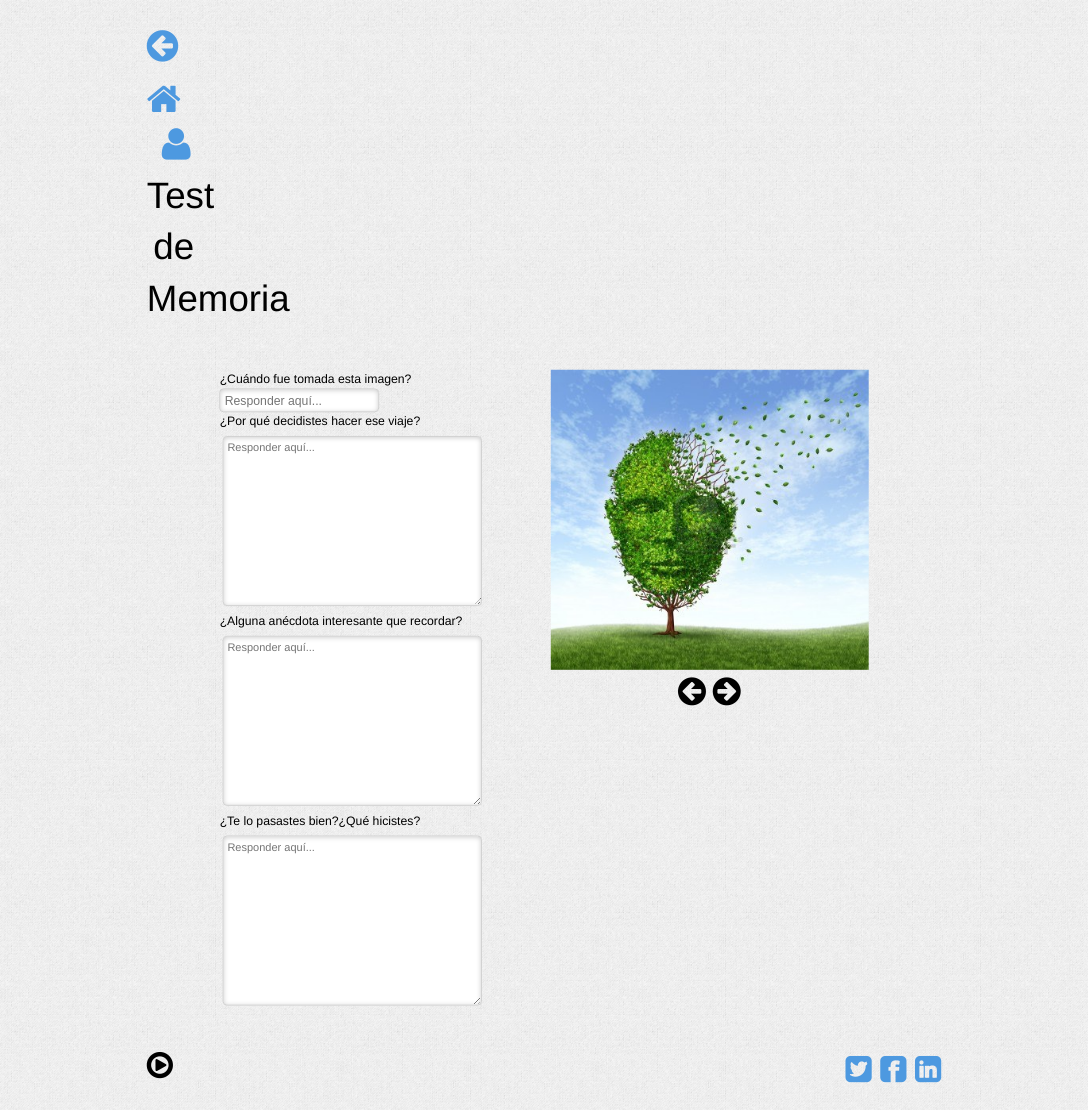
Repository: SCeruso/RememberMe
Page: testmemoria.html
The author's editor kept a record of every edit. The page is drawn from the files as they stood at one moment, then again after the next edit.
The browser window is 1280 px wide. The pictures show the whole page, at 85% of full size.
Some web libraries are served in a nearby version.

Above is the page before.

### testmemoria.html
<!DOCTYPE html>
<html>
<head>
	<!-- META -->
	<title>HTML KickStart Elements</title>
	<meta charset="UTF-8">
	<meta name="viewport" content="width=device-width, initial-scale=1.0"/>
	<meta name="description" content="" />

	<!-- CSS -->
	<link rel="stylesheet" type="text/css" href="css/kickstart.css" media="all" />
	<link rel="stylesheet" type="text/css" href="style.css" media="all" />

	<!-- Javascript -->
	<script type="text/javascript" src="https://ajax.googleapis.com/ajax/libs/jquery/1.9.1/jquery.min.js"></script>
	<script type="text/javascript" src="js/kickstart.js"></script>

</head>
<body>
<div class="grid">
	<div class="col_12">
		<div class="col_1">
        <h2 class="left">
               <a href="tusimagenes.html">
                  <i class="icon-circle-arrow-left"></i>
                </a>
        </h2>
        <h2 class="left">
                <a href="juegosde.html">
                    <i class="icon-home pull-left"></i>
                </a>
		<a href = "perfil.html">
                <i class="icon-user icon-border pull-right" title="Mi perfil"></i>
		</a>
            </h2>
             <h2 class="center">
        	       <p>Test de Memoria</p>
        	    </h2>
		<br>
    </div>

	<div class="col_12">
		<div class="col_1"></div>
		<div class="col_5">
		<!-- Placeholder Text -->
		<label for="text2">¿Cuándo fue tomada esta imagen?</label><br>
		<input id="text2" type="text" placeholder="Responder aquí..." />
		<br>
		<!-- Placeholder Text -->
		<label for="text2">¿Por qué decidistes hacer ese viaje?</label><br>
		<textarea id="area" class="col_10" placeholder="Responder aquí..."></textarea>
		<br>
		<!-- Placeholder Text -->
		<label for="text2">¿Alguna an&eacute;cdota interesante que recordar?</label><br>
		<textarea id="textarea1" class="col_10" placeholder="Responder aquí..."></textarea>
		<br>
		<!-- Placeholder Text -->
		<label for="text2">¿Te lo pasastes bien?¿Qu&eacute; hicistes?</label><br>
		<textarea id="textarea1" class="col_10" placeholder="Responder aquí..."></textarea>
		</div>
		<div class="col_5">
		<img class="align-right" src="imagenes/jaja.jpg" title="RememberMe.jpg" alt="No se encuentra la imagen" heigth="850" width="550">

		<h4 class="center">
			<i class="icon-circle-arrow-left icon-large"></i>
			<i class="icon-circle-arrow-right icon-large"></i>
		</h4>
		</div>
	</div>

    <div class="col_12">
    </div>
    <div class="col_12">
        <h3 class="right">
            <a href="http://www.twitter.com" target="blank"><i class="icon-twitter-sign"></i></a>
            <a href="http://www.facebook.com" target="blank"><i class="icon-facebook-sign"></i></a>
            <a href="http://www.linkdin.com" target="blank"><i class="icon-linkedin-sign"></i></a>
	    <i class=" icon-play-circle pull-left"></i>
        </h3>
    </div>
</div> <!-- End Grid -->
</body>
</html>

### style.css
/*
	99Lime.com HTML KickStart by Joshua Gatcke
	style.css

*/

/*---------------------------------
	IMPORTS
-----------------------------------*/
@import url(http://fonts.googleapis.com/css?family=Arimo:400,700);

/*---------------------------------
	OVERRIDES
-----------------------------------*/
h1,h2,h3,h4,h5,h6{
font-family: "Arimo", arial, verdana, sans-serif;
font-weight:normal;
}

thead th,
tbody th{
font-family: "Arimo", arial, verdana, sans-serif;
}

button,
a.btn,
input[type="submit"],
input[type="reset"],
input[type="button"]{
font-family: "Arimo", arial, verdana, sans-serif;
}

.menu{
font-family: "Arimo", arial, verdana, sans-serif;
}

blockquote{
font-family: "Arimo", arial, verdana, sans-serif;
}

/*---------------------------------
	LAYOUT
-----------------------------------*/
body{
margin:0;
padding:0 0 0 0;
color:#000;
/*background-repeat:repeat;*/
background:#efefef url(css/img/gray_jean.png);
/*background-size:cover;*/
/*background-image:url(css/img/gray_jean.png);*/
font:normal 0.9em/150% 'Arimo', arial, verdana, sans-serif;
text-shadow: 0 0 1px transparent; /* google font pixelation fix */
}

#wrap{
width:100%;
background:#fff;
margin:30px auto 30px auto;
padding:0 2%;
border:1px solid #ccc;
}


#footer{
text-align:center;
padding:20px;
margin:0;
border-top:1px solid #ddd;
color:#999;
font-size:0.8em;
text-shadow:0px 1px 1px #fff;
position: relative;
top:0;
left:0;
background:#fff;
}

	#link-top{
	display:none;
	}

/* NAV BAR*/
.navbar{
position:fixed;
top:0;
left:0;
width: 100%;
background:#000;
color:#fff;
z-index:1000;
}

	.navbar #logo{
	position:absolute;
	top:0;
	right:0;
	padding:0.5em 1em;
	font-size: 1.7em;
	color:#efefef;
	text-decoration:none;
	}

	.navbar span{
	color:#86dc00;
	}


	.navbar ul{
	display:inline-block;
	margin:0;
	padding:0;
	}

		.navbar li{
		margin:0;
		padding:0;
		list-style-type:0;
		display:inline-block;
		}

		.navbar li a{
		display:inline-block;
		color:#efefef;
		padding:1em 1.3em;
		text-decoration:none;
		text-transform: uppercase;
		line-height:100%;
		font-size: 1.2em;
		}

.callout{
background:#4598ef;/*#86dc00;*/
padding:3em 0;
color:#fff;
box-shadow:inset 0 0 10px rgba(0,0,0,0.2);
text-align: center;
text-shadow:0px 1px 3px rgba(0,0,0,0.2);
display:block;
}
	.callout + div.grid{margin-top:50px;}
	 a.callout{cursor:pointer;}
	 .callout i.icon-4x{font-size:6em;}
	 .callout h4{margin-bottom:30px;}
	 .callout-top{margin:50px 0 0 0;}
	 .callout p{margin-bottom:0;}
	 .callout .button{margin-top:10px;}
	 .callout.green{background:#19ad0b;/*#86dc00;*/}

#mc_embed_signup{
padding:30px 0;
}

#ui-preview{
border:5px solid #ddd;
margin:30px 0;
display:block;
}

### css/kickstart-forms.css
/*---------------------------------
	FORMS
-----------------------------------*/
form{
padding:0;
margin:0;
}

fieldset{
margin:30px 0 20px 0;
padding:5px 15px 15px 15px;
border:1px solid #ccc;
background:#f5f5f5;
-moz-border-radius:5px;
-webkit-border-radius:5px;
border-radius:5px;
position: relative;
top:0;
left:0;
}

	legend{
	-moz-border-radius:5px;
	-webkit-border-radius:5px;
	border-radius:5px;
	border:1px solid #ccc;
	background:#f5f5f5;
	padding:2px 10px;
	margin:0 0 0 0;
	display:block;
	position: relative;
	top:0;
	left:0;
	}

	/*IE ONLY - I know, this is a stop gap*/
	.msie fieldset{padding-top:25px;}
	.msie legend{position:absolute;top:-0.7em;left:10px;}

label{
display:inline-block;
*display:inline;
vertical-align: middle;
margin:0;
padding:0;
position:relative;
top:0;
left:0;
zoom:1;
-moz-box-sizing: border-box;
-webkit-box-sizing: border-box;
box-sizing: border-box;
}

	label.inline{
	display:inline;
	margin:0;
	}

	label span{
	color:#999;
	font-size:0.9em;
	}

	label span.right{
	position:absolute;
	bottom:0;
	right:0;
	text-align:right;
	display:inline-block;
	*display:inline;
	}

	label.disabled{
	color:#ccc;
	}

input{
display:inline-block;
*display:inline;
vertical-align: middle;
width:auto;
zoom:1;
margin:0;
border:1px solid #ccc;
font-size:1em;
padding:5px 0;
text-indent: 5px;
-moz-border-radius:5px;
-webkit-border-radius:5px;
border-radius:5px;
background:#fff;
-moz-box-shadow:inset 0 0 6px #ccc;
-webkit-box-shadow:inset 0 1px 6px #ccc;
box-shadow:inset 0 1px 6px #ccc;
-moz-box-sizing: border-box;
-webkit-box-sizing: border-box;
box-sizing: border-box;
}

	input::-webkit-input-placeholder,
	input:-moz-placeholder,
	.placeholder{
	color:#bbb;
	}

	input::-moz-focus-inner {border:0;}

	input[disabled="disabled"], input.disabled{
	color:#999;
	background:#f5f5f5;
	-moz-box-shadow:inset 0 0 2px #ddd;
	-webkit-box-shadow:inset 0 1px 2px #ddd;
	box-shadow:inset 0 1px 2px #ddd;
	}

	/* FOCUS STATES */
	input[type="text"]:focus,
	textarea:focus,
	button:focus,
	a.button:focus,
	select:focus,
	input[type="file"]:focus,
	input[type="password"]:focus{
	-webkit-box-shadow: 0 0 7px #6DB9FF;
	-moz-box-shadow   : 0 0 7px #6DB9FF;
	box-shadow        : 0 0 7px #6DB9FF;
	border: 1px solid #50B1FE;
	outline: none;
	}

	/* TRANSITION */
	input[type="text"],
	textarea,
	button,
	a.button,
	a,
	input[type="file"]{
	-moz-transition: -moz-box-shadow 0.5s, border 0.5s, background 0.5s;
	-webkit-transition: -webkit-box-shadow 0.5s, border 0.5s, background 0.5s;
	-o-transition:  box-shadow 0.5s, border 0.5s, background 0.5s;
	transition: box-shadow 0.5s, border 0.5s, background 0.5s;
	}

input.checkbox,
input[type="checkbox"]{
display:inline;
width:auto;
margin:0;
padding:0;
border:0;
background:none;
vertical-align:center;
*vertical-align: top;
}

input.radio,
input[type="radio"]{
display:inline;
width:auto;
margin:0;
padding:0;
border:0;
background:none;
vertical-align:center;
*vertical-align: top;
}

	input[type="radio"]:focus,
	input[ type="checkbox"]:focus{
	-webkit-box-shadow: 0 0 5px #6DB9FF;
	-moz-box-shadow   : 0 0 5px #6DB9FF;
	box-shadow        : 0 0 5px #6DB9FF;
	outline-color: #6DB9FF;
	}

input.file,
input[type="file"]{
/*font-size:0.8em;*/
-moz-box-shadow:none;
-webkit-box-shadow:none;
box-shadow:none;
border:none;
}

select{
display:inline;
width:auto;
margin:0;
border:1px solid #ccc;
line-height:100%;
padding:3px;
vertical-align: middle;
}

        select[disabled="disabled"], select.disabled{
        color:#999;
        background:#f5f5f5;
        -moz-box-shadow:inset 0 0 2px #ddd;
        -webkit-box-shadow:inset 0 1px 2px #ddd;
        box-shadow:inset 0 1px 2px #ddd;
        }

textarea{
width:auto;
height:200px;
margin:0;
border:1px solid #ccc;
padding:5px;
vertical-align: middle;
font-family:inherit;
font-size:0.9em;
-moz-border-radius:5px;
-webkit-border-radius:5px;
border-radius:5px;
-moz-box-shadow:inset 0 0 6px #ccc;
-webkit-box-shadow:inset 0 1px 6px #ccc;
box-shadow:inset 0 1px 6px #ccc;
-moz-box-sizing: border-box;
-webkit-box-sizing: border-box;
box-sizing: border-box;
}

/*---------------------------------
	COLUMN SIZES
-----------------------------------*/

/* sizes */
input[class*="col_"],
select[class*="col_"],
label[class*="col_"]{
float:none;display:inline-block;*display:inline;margin-bottom:0;
*margin-left: 0.5%;*margin-right: 0.5%;/* this is for IE 7 Only and is not a good fix - work needed here */
}

/*---------------------------------
	FORMS VERTICAL
-----------------------------------*/
form.vertical{

}

	form.vertical label{display:block;}
	form.vertical input,
	form.vertical select,
	form.vertical textarea{width:100%;display:block;margin-bottom:10px;}
	form.vertical .chzn-container{display:block;margin-bottom:10px;}
	form.vertical .chzn-choices{display:block;margin-bottom:10px;}

	/* radios & checks */
	form.vertical input.checkbox,
	form.vertical input[type="checkbox"],
	form.vertical input.radio,
	form.vertical input[type="radio"],
	form.vertical label.inline{display:inline;width:auto;margin:0;}
/*---------------------------------
	FORM VALIDATION
-----------------------------------*/
label.error{color:red;}
input.error{border:1px solid red;}
select.error{border:1px solid red;}

/*---------------------------------
	NOTICES
-----------------------------------*/
.notice{
border:1px solid gold;
background:lightyellow;
padding:10px 20px 10px 40px;
margin:10px 0;
-moz-border-radius:5px;
-webkit-border-radius:5px;
border-radius:5px;
color:#DEAE00;
line-height:120%;
vertical-align: center;
text-shadow:0px 1px rgba(255,255,255,0.5);
position:relative;
top:0;
left:0;
clear:both;
}

	.notice.warning{}/*default*/
	.notice.error{border:1px solid red;background:pink;color:red;}
	.notice.success{border:1px solid green;background:lightgreen;color:green;}
	.notice i[class^='icon-']{position:absolute;top:50%;left:0.8em;margin-top:-0.6em;}
	.notice a[class^='icon-remove'],
	.notice a[class^='icon-remove']:active,
	.notice a[class^='icon-remove']:visited{font-size:12px;position:absolute;top:5px;right:5px;left:auto;color:inherit;margin-top:0;left:auto;}

### css/kickstart-grid.css
/*
	99Lime.com HTML KickStart by Joshua Gatcke
	kickstart-grids.css

	DO NOT EDIT THIS FILE unless you know what you are doing.
*/
/*---------------------------------
	GRID/COLUMNS
-----------------------------------
	tinyfluidgrid.com
	& girlfriendnyc.com
	with changes by 99Lime
-----------------------------------*/
 /*
 & Columns : 12
 & Gutter %: 20%
 & MaxWidth: 1280px
 */

.grid{
max-width:1220px;
margin:0 auto;
padding:0 2em;
}

.grid.flex{
width:100%;
max-width:100%;
padding:0 2%;
padding:2em;
}

.row{
display:block;
overflow:hidden;
clear:both;
}

*[class*="col_"].alpha{margin-left:0;}
*[class*="col_"].omega{margin-right:0;}

.col_1  { width: 6.6666666666667%; }
.col_2  { width: 15%; }
.col_3  { width: 23.333333333333%; }
.col_4  { width: 31.666666666667%; }
.col_5  { width: 40%; }
.col_6  { width: 48.333333333333%; }
.col_7  { width: 56.666666666667%; }
.col_8  { width: 65%; }
.col_9  { width: 73.333333333333%; }
.col_10 { width: 81.666666666667%; }
.col_11 { width: 90%; }
.col_12 { width: 98.333333333333%; }

*[class*="col_"]{
margin-left: 0.83333333333333%;
margin-right: 0.83333333333333%;
margin-top:0.5em;
margin-bottom:0.5em;
float: left;
display: block;
}

.grid img{
max-width: 100%;
height:auto;
}

.clear{clear:both;display:block;overflow:hidden;visibility:hidden;width:0;height:0}
.clearfix:after{clear:both;content:' ';display:block;font-size:0;line-height:0;visibility:hidden;width:0;height:0}
* html .clearfix, *:first-child+html .clearfix{zoom:1}

/* Viewable Grids
	To view your grids, add the class .visible to any grid container.
	This will add a background color so you can see the layout of your grids.
*/
*[class*="col_"].visible{
background:#eee;
border:1px dotted #ccc;
}


/*---------------------------------
	Responsive Grid Media Queries - 1280, 1024, 768, 480
	1280-1024 	- desktop (default grid)
	1024-768 	- tablet landscape
	768-480 	- tablet
	480-less 	- phone landscape & smaller
-----------------------------------*/
@media all and (min-width: 1024px) and (max-width: 1280px) {

	.grid *[class*="col_"]{}
	.grid{max-width: 1024px;}
	.show-desktop	{display:block;}
	.hide-desktop	{display:none;}
	.show-tablet	{display:none;}
	.hide-tablet	{display:block;}
	.show-phone		{display:none;}
	.hide-phone		{display:block;}

}

@media all and (min-width: 768px) and (max-width: 1024px) {

	.grid *[class*="col_"]{}
	.grid{max-width: 768px;}
	.show-desktop	{display:none;}
	.hide-desktop	{display:block;}
	.show-tablet	{display:block;}
	.hide-tablet	{display:none;}
	.show-phone		{display:none;}
	.hide-phone		{display:block;}

}


@media all and (min-width: 480px) and (max-width: 768px) {

	.grid *[class*="col_"]{
	float:none;
	width:auto;
	clear:both;
	display:block;
	}

	/* columns inside of columns */
	.grid *[class*="col_"] [class*="col_"]{
	margin-left:0;
	margin-right:0;
	width:100%;
	}

	.grid{max-width: 480px;}
	.show-desktop	{display:none;}
	.hide-desktop	{display:block;}
	.show-tablet	{display:block;}
	.hide-tablet	{display:none;}
	.show-phone		{display:none;}
	.hide-phone		{display:block;}

}

@media all and (max-width: 480px) {

	.grid *[class*="col_"]{
	float:none;
	width:auto;
	clear:both;
	display:block;
	}

	/* columns inside of columns */
	.grid *[class*="col_"] [class*="col_"]{
	margin-left:0;
	margin-right:0;
	width:100%;
	}

	.grid{max-width: 100%;/*320*/}
	.show-desktop	{display:none;}
	.hide-desktop	{display:block;}
	.show-tablet	{display:none;}
	.hide-tablet	{display:block;}
	.show-phone		{display:block;}
	.hide-phone		{display:none;}

}

### css/kickstart-slideshow.css
/*---------------------------------
	SLIDESHOW2 - Slight Fixes for the slideshow layout *needs work
-----------------------------------*/

	.slideshow{
	clear:both;
	margin:0;
	padding:0;
	width:auto;
	height:auto;
	overflow:hidden;
	}

		.slideshow li{
		list-style-type:none;
		margin:0;
		padding:0;
		float:left;
		display:block;
		}

/**
 * BxSlider v4.0 - Fully loaded, responsive content slider
 * http://bxslider.com
 *
 * Written by: Steven Wanderski, 2012
 * http://stevenwanderski.com
 * (while drinking Belgian ales and listening to jazz)
 *
 * CEO and founder of bxCreative, LTD
 * http://bxcreative.com
 */


/** RESET AND LAYOUT
===================================*/
.bx-wrapper, .bx-wrapper *{
	-webkit-box-sizing: content-box; /* Safari/Chrome, other WebKit */
  	-moz-box-sizing: content-box;    /* Firefox, other Gecko */
  	box-sizing: content-box;         /* Opera/IE 8+ */
}

.bx-wrapper {
	position: relative;
	margin: 0 0 60px;
	padding: 0;
	*zoom: 1;
}

.bx-wrapper img {
	width: 100%;
	display: block;
}

/** THEME
===================================*/

.bx-wrapper .bx-viewport {
	-moz-box-shadow: 0 0 5px #ccc;
	-webkit-box-shadow: 0 0 5px #ccc;
	box-shadow: 0 0 5px #ccc;
	border: solid #fff 5px;
	left: 0;
	background: #fff;
}

.bx-wrapper .bx-pager,
.bx-wrapper .bx-controls-auto {
	position: absolute;
	bottom: -30px;
	width: 100%;
}

/* LOADER */

.bx-wrapper .bx-loading {
	min-height: 50px;
	background: url(img/bx_loader.gif) center center no-repeat #fff;
	height: 100%;
	width: 100%;
	position: absolute;
	top: 0;
	left: 0;
	z-index: 2000;
}

/* PAGER */

.bx-wrapper .bx-pager {
	text-align: center;
	font-size: .85em;
	font-family: Arial;
	font-weight: bold;
	color: #666;
	padding-top: 20px;
}

.bx-wrapper .bx-pager .bx-pager-item,
.bx-wrapper .bx-controls-auto .bx-controls-auto-item {
	display: inline-block;
	*zoom: 1;
	*display: inline;
}

.bx-wrapper .bx-pager.bx-default-pager a {
	background: #666;
	text-indent: -9999px;
	display: block;
	width: 10px;
	height: 10px;
	margin: 0 5px;
	outline: 0;
	-moz-border-radius: 5px;
	-webkit-border-radius: 5px;
	border-radius: 5px;
}

.bx-wrapper .bx-pager.bx-default-pager a:hover,
.bx-wrapper .bx-pager.bx-default-pager a.active {
	background: #000;
}

/* DIRECTION CONTROLS (NEXT / PREV) */

.bx-wrapper .bx-prev {
	left: 10px;
	background: url(img/controls.png) no-repeat 0 -32px;
}

.bx-wrapper .bx-next {
	right: 10px;
	background: url(img/controls.png) no-repeat -43px -32px;
}

.bx-wrapper .bx-prev:hover {
	background-position: 0 0;
}

.bx-wrapper .bx-next:hover {
	background-position: -43px 0;
}

.bx-wrapper .bx-controls-direction a {
	position: absolute;
	top: 50%;
	margin-top: -16px;
	outline: 0;
	width: 32px;
	height: 32px;
	text-indent: -9999px;
	z-index: 9999;
}

.bx-wrapper .bx-controls-direction a.disabled {
	display: none;
}

/* AUTO CONTROLS (START / STOP) */

.bx-wrapper .bx-controls-auto {
	text-align: center;
}

.bx-wrapper .bx-controls-auto .bx-start {
	display: block;
	text-indent: -9999px;
	width: 10px;
	height: 11px;
	outline: 0;
	background: url(img/controls.png) -86px -11px no-repeat;
	margin: 0 3px;
}

.bx-wrapper .bx-controls-auto .bx-start:hover,
.bx-wrapper .bx-controls-auto .bx-start.active {
	background-position: -86px 0;
}

.bx-wrapper .bx-controls-auto .bx-stop {
	display: block;
	text-indent: -9999px;
	width: 9px;
	height: 11px;
	outline: 0;
	background: url(img/controls.png) -86px -44px no-repeat;
	margin: 0 3px;
}

.bx-wrapper .bx-controls-auto .bx-stop:hover,
.bx-wrapper .bx-controls-auto .bx-stop.active {
	background-position: -86px -33px;
}

/* PAGER WITH AUTO-CONTROLS HYBRID LAYOUT */

.bx-wrapper .bx-controls.bx-has-controls-auto.bx-has-pager .bx-pager {
	text-align: left;
	width: 80%;
}

.bx-wrapper .bx-controls.bx-has-controls-auto.bx-has-pager .bx-controls-auto {
	right: 0;
	width: 35px;
}

/* IMAGE CAPTIONS */

.bx-wrapper .bx-caption {
	position: absolute;
	bottom: 0;
	left: 0;
	background: #666\9;
	background: rgba(80, 80, 80, 0.75);
	width: 100%;
}

.bx-wrapper .bx-caption span {
	color: #fff;
	font-family: Arial;
	display: block;
	font-size: .85em;
	padding: 10px;
}

### css/tiptip.css
/*
	TipTip CSS - Version 1.2
	http://code.drewwilson.com/entry/tiptip-jquery-plugin
*/

#tiptip_holder { display: none; position: absolute; top: 0; left: 0; z-index: 99999; }
#tiptip_holder.tip_top { padding-bottom: 5px; }
#tiptip_holder.tip_bottom { padding-top: 5px; }
#tiptip_holder.tip_right { padding-left: 5px; }
#tiptip_holder.tip_left { padding-right: 5px; }

#tiptip_content {
font-size: 11px;
color: #fff;
text-shadow: 0 0 2px #000;
padding: 4px 8px;
border: 1px solid rgba(255,255,255,0.25);
background:#212121;
background-color: rgba(25,25,25,0.92);
background-image: -webkit-gradient(linear, 0% 0%, 0% 100%, from(transparent), to(#000));
-webkit-border-radius: 3px;
-moz-border-radius: 3px;
border-radius: 3px;
-webkit-box-shadow: 0 0 3px #555;
-moz-box-shadow: 0 0 3px #555;
box-shadow: 0 0 3px #555;
*background:#212121;
}

#tiptip_arrow, #tiptip_arrow_inner {
position: absolute;
border-color: transparent;
border-style: solid;
border-width: 6px;
height: 0;
width: 0;
}

#tiptip_holder.tip_top #tiptip_arrow {
border-top-color: #fff;
border-top-color: rgba(255,255,255,0.35);
}

#tiptip_holder.tip_bottom #tiptip_arrow {
border-bottom-color: #fff;
border-bottom-color: rgba(255,255,255,0.35);
}

#tiptip_holder.tip_right #tiptip_arrow {
border-right-color: #fff;
border-right-color: rgba(255,255,255,0.35);
}

#tiptip_holder.tip_left #tiptip_arrow {
border-left-color: #fff;
border-left-color: rgba(255,255,255,0.35);
}

#tiptip_holder.tip_top #tiptip_arrow_inner {
margin-top: -7px;
margin-left: -6px;
border-top-color: rgb(25,25,25);
border-top-color: rgba(25,25,25,0.92);
}

#tiptip_holder.tip_bottom #tiptip_arrow_inner {
margin-top: -5px;
margin-left: -6px;
border-bottom-color: rgb(25,25,25);
border-bottom-color: rgba(25,25,25,0.92);
}

#tiptip_holder.tip_right #tiptip_arrow_inner {
margin-top: -6px;
margin-left: -5px;
border-right-color: rgb(25,25,25);
border-right-color: rgba(25,25,25,0.92);
}

#tiptip_holder.tip_left #tiptip_arrow_inner {
margin-top: -6px;
margin-left: -7px;
border-left-color: rgb(25,25,25);
border-left-color: rgba(25,25,25,0.92);
}

/* Webkit Hacks  */
@media screen and (-webkit-min-device-pixel-ratio:0) {
	#tiptip_content {
		padding: 4px 8px 5px 8px;
		background-color: rgba(45,45,45,0.88);
	}
	#tiptip_holder.tip_bottom #tiptip_arrow_inner {
		border-bottom-color: rgba(45,45,45,0.88);
	}
	#tiptip_holder.tip_top #tiptip_arrow_inner {
		border-top-color: rgba(20,20,20,0.92);
	}
}

Loaded but not shown: css/jquery.fancybox-1.3.4.css (library); css/prettify.css (common file); css/fonts/fontawesome/css/font-awesome.min.css (library); js/kickstart.js (424 lines, source omitted); css/kickstart-buttons.css (369 lines, source omitted); css/kickstart.css (508 lines, source omitted); css/kickstart-menus.css (180 lines, source omitted)

After the next edit:
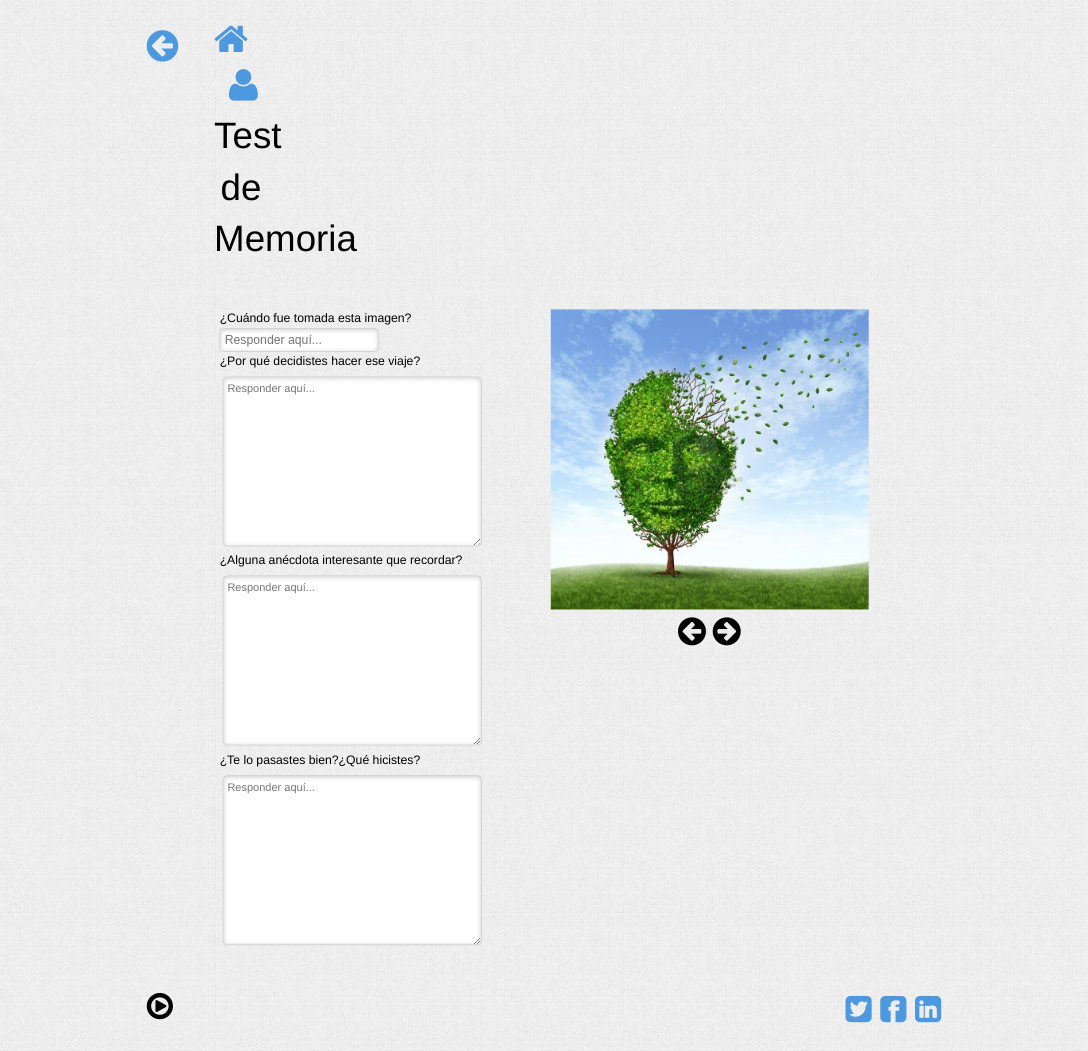
The edit:
--- a/testmemoria.html
+++ b/testmemoria.html
@@ -24,7 +24,8 @@
                <a href="tusimagenes.html">
                   <i class="icon-circle-arrow-left"></i>
                 </a>
-        </h2>
+        </h2></div>
+        <div class="col_1">
         <h2 class="left">
                 <a href="juegosde.html">
                     <i class="icon-home pull-left"></i>
